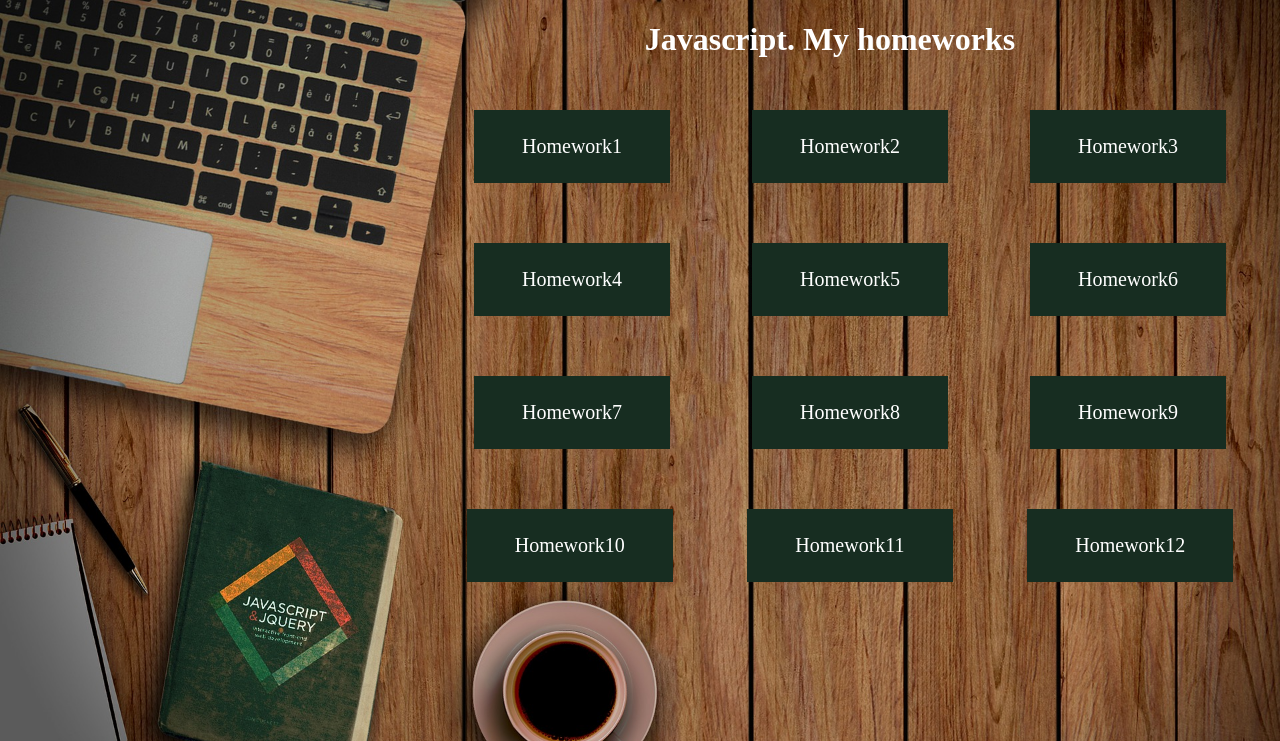
Repository: mariiastetsko/cursor-js-hw
Page: index.html
These files come from the project's save history. The page is drawn as it stood at one moment and after the next save; the edit follows.
The browser window is 1280 px wide. The pictures show the whole page.

Above is the page before, as saved 2020-07-22 20:23:13.

### index.html
<!DOCTYPE html>
<html lang="en">
  <head>
    <meta charset="UTF-8" />
    <meta name="viewport" content="width=device-width, initial-scale=1.0" />
    <title>Cursor.JS.Homeworks</title>
    <link rel="stylesheet" href="./style.css" />
  </head>
  <body>
    <div class="homeworks">
    <h1>Javascript. My homeworks</h1>
    <ul class="list">
      <li>
        <a href="./HW1/index.html">Homework1</a>
      </li>
      <li><a href="./HW2/index.html">Homework2 </a></li>
      <li><a href="./HW3/index.html">Homework3</a></li>
      <li><a href="./HW4/index.html">Homework4</a></li>
      <li><a href="./HW5/index.html">Homework5</a></li>
      <li><a href="./HW6/index.html">Homework6</a></li>
      <li><a href="./HW7/index.html">Homework7</a></li>
      <li><a href="./HW8/index.html">Homework8</a></li>
      <li><a href="./HW9/index.html">Homework9</a></li>
      <li><a href="./HW10/index.html">Homework10</a></li>
      <li><a href="./HW11/index.html">Homework11</a></li>
      <li><a href="./HW12/index.html">Homework12</a></li>
    </ul>
  </div>
  </body>
</html>

### style.css
* {
    box-sizing: border-box;
    font-family: ;
}

body {
    margin: 0 auto;
    padding: 0;
    min-height: 100vh;
    background-image: url('./background.jpg');
    background-repeat: no-repeat;
    background-size: cover;
}


ul {
    list-style: none;
}

.list {
    display: flex;
    justify-content: space-evenly;
    flex-wrap: wrap;
}

li, a {
    text-decoration: none;
    padding: 25px 10px;
    margin: 30px 28px;
    color: #FFF;
    font-size: 20px;
    background: #172D21 ;
}

.homeworks {
    width: 900px;
    text-align: center;
    margin-left: auto;
    color: #FFF;
}

After the next save:
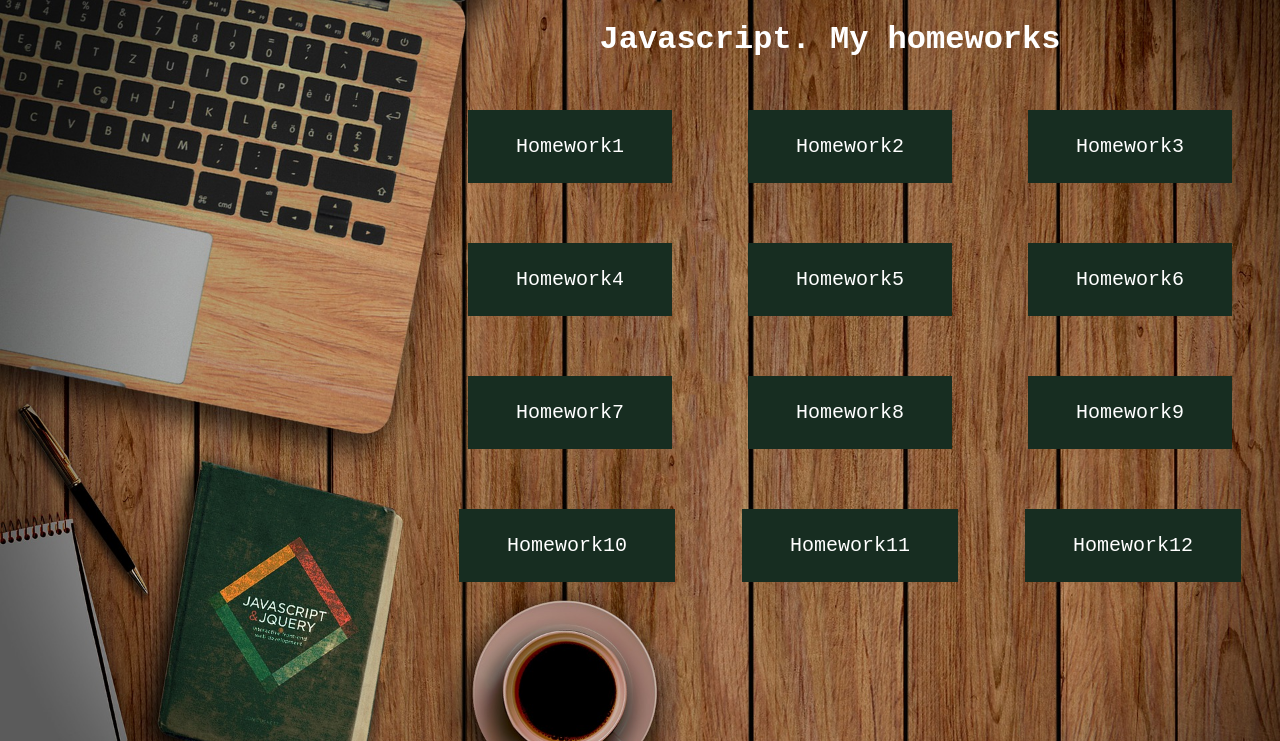
Saved 6 s later.
--- a/style.css
+++ b/style.css
@@ -1,6 +1,6 @@
 * {
     box-sizing: border-box;
-    font-family: ;
+    font-family: 'Courier New', Courier, monospace;
 }
 
 body {
